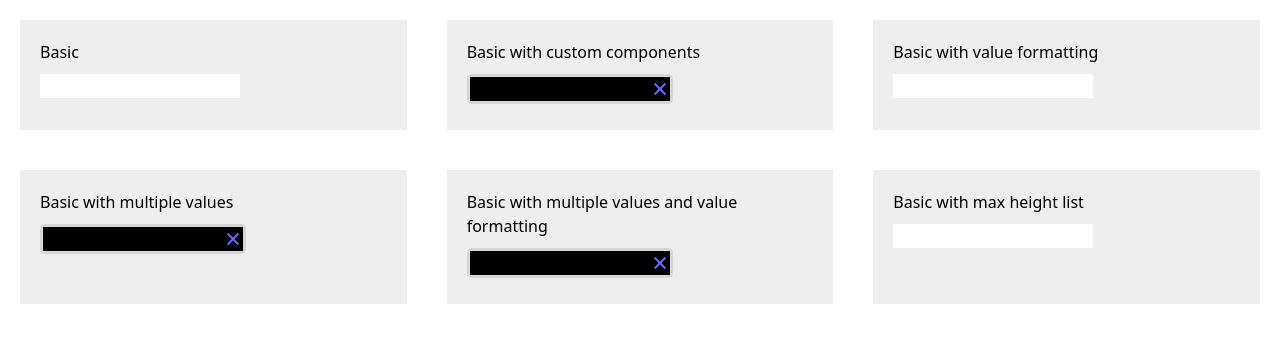
Repository: Frexity/frx-react
Page: / (app in ui/react-select/)
An editor plug-in stored every save of this project. The page is shown before and after a run of saves, followed by the edit.
The browser window is 1280 px wide. The pictures show the whole page.
Some web libraries are served in a nearby version. The project was rebuilt for these pictures with package versions that can differ from the ones it lists, and the page was loaded fresh each time. Also part of the build but not shown: ui/react-select/vite.config.ts, ui/react-select/src/CustomSelectComponents/ListLoadingIndicator.tsx, ui/react-select/src/dummy-components/ControlLoadingIndicator.tsx, ui/react-select/src/dummy-components/ListLoadingIndicator.tsx.

Above is the page before, as saved 2022-08-21 01:27:22.

### ui/react-select/index.html
<!DOCTYPE html>
<html lang="en">
  <head>
    <meta charset="UTF-8" />
    <link rel="icon" type="image/svg+xml" href="/vite.svg" />
    <meta name="viewport" content="width=device-width, initial-scale=1.0" />
    <title>React Select</title>
    <script src="https://cdn.tailwindcss.com/3.1.8"></script>
  </head>
  <body>
    <div id="root"></div>
    <script type="module" src="/src/main.tsx"></script>
  </body>
</html>

### ui/react-select/src/App.tsx
import './styles.css'

import { ClearIndicator } from './CustomSelectComponents/ClearIndicator'
import { Control } from './CustomSelectComponents/Control'
import { ListLoadingIndicator } from './CustomSelectComponents/ListLoadingIndicator'
import { Option } from './CustomSelectComponents/Option'
import { dummyComponents } from './dummy-components'
import { Select } from './Select'
import { ValueContainer } from './CustomSelectComponents/ValueContainer'
// import { AsyncSelect } from './Select/Async'

const options = [
  { label: 'Option 1', value: '1' },
  { label: 'Option 2', value: '2' },
  { label: 'Option 3', value: '3' },
  { label: 'Option 4', value: '4' },
  { label: 'Option 5', value: '5' },
  { label: 'Option 6', value: '6' },
  { label: 'Option 7', value: '7' },
  { label: 'Option 8', value: '8' },
  { label: 'Option 9', value: '9' },
  { label: 'Option 10', value: '10' },
]

const customComponents = {
  Option,
  Control,
  ClearIndicator,
  ListLoadingIndicator,
  ValueContainer,
}

export default function App() {
  return (
    <div className="cards">
      <div className="card">
        <h3>Basic</h3>
        <Select options={options} components={dummyComponents} />
      </div>
      <div className="card">
        <h3>Basic with custom components</h3>
        <Select options={options} components={customComponents} />
      </div>
      <div className="card">
        <h3>Basic with value formatting</h3>
        <Select
          options={options}
          components={dummyComponents}
          selectedValueFormatter={(value) => {
            return value ? `This is value: ${value}` : null
          }}
        />
      </div>
      <div className="card">
        <h3>Basic with multiple values</h3>
        <Select options={options} components={customComponents} canSelectMultipleValues />
      </div>
      <div className="card">
        <h3>Basic with multiple values and value formatting</h3>
        <Select
          options={options}
          components={customComponents}
          canSelectMultipleValues
          selectedValueFormatter={(value) => {
            return value ? `This is value: ${value}` : null
          }}
        />
      </div>
      {/* <div className="card">
        <h3>TODO: Basic with initial value</h3>
        <Select options={options} components={customComponents} canSelectMultipleValues />
      </div> */}
      <div className="card">
        <h3>Basic with max height list</h3>
        <Select
          options={options}
          components={dummyComponents}
          optionsListProps={{
            maxHeight: 150,
          }}
        />
      </div>
      {/* <div className="card">
        <h3>Async</h3>
        <AsyncSelect
          options={options}
          components={dummyComponents}
          asyncOptions={{
            url: 'https://jsonplaceholder.typicode.com/albums',
            startPage: 0,
            perPage: 4,
            queryAttribute: 'page',
            labelAttribute: 'title',
            valueAttribute: 'id',
            loadOnMount: true,
          }}
        />
      </div> */}
      {/* <div className="card">
        <h3>TODO: Async with initial value</h3>
        <AsyncSelect
          options={options}
          components={dummyComponents}
          asyncOptions={{
            url: 'https://jsonplaceholder.typicode.com/albums',
            startPage: 0,
            perPage: 4,
            queryAttribute: 'page',
            labelAttribute: 'title',
            valueAttribute: 'id',
            loadOnMount: true,
          }}
        />
      </div> */}
    </div>
  )
}

### ui/react-select/src/styles.css
.dropdown {
  position: fixed;
  border: 1px solid red;
  display: none;
  z-index: 1;
  background: white;
}

input:focus + .dropdown {
  display: block;
}

.card {
  margin: 20px;
  padding: 20px;
  background-color: #eee;
  overflow: hidden;
  overflow-y: scroll;
}

h3 {
  margin-bottom: 10px;
}

.cards {
  display: grid;
  grid-template-columns: repeat(auto-fill, minmax(400px, 1fr));
}

### ui/react-select/src/CustomSelectComponents/ClearIndicator.tsx
import { memo } from 'react'
import { ClearIndicatorComponentProps } from '../Select/types'

export const ClearIndicator = memo(({ clearIndicatorContainerStyles, onClick }: ClearIndicatorComponentProps) => {
  return (
    <div style={clearIndicatorContainerStyles} onClick={onClick}>
      <svg viewBox="0 0 460.775 460.775" style={{ width: 12, height: 12 }}>
        <path
          fill="#66f"
          d="M285.08,230.397L456.218,59.27c6.076-6.077,6.076-15.911,0-21.986L423.511,4.565c-2.913-2.911-6.866-4.55-10.992-4.55  c-4.127,0-8.08,1.639-10.993,4.55l-171.138,171.14L59.25,4.565c-2.913-2.911-6.866-4.55-10.993-4.55  c-4.126,0-8.08,1.639-10.992,4.55L4.558,37.284c-6.077,6.075-6.077,15.909,0,21.986l171.138,171.128L4.575,401.505  c-6.074,6.077-6.074,15.911,0,21.986l32.709,32.719c2.911,2.911,6.865,4.55,10.992,4.55c4.127,0,8.08-1.639,10.994-4.55  l171.117-171.12l171.118,171.12c2.913,2.911,6.866,4.55,10.993,4.55c4.128,0,8.081-1.639,10.992-4.55l32.709-32.719  c6.074-6.075,6.074-15.909,0-21.986L285.08,230.397z"
        />
      </svg>
    </div>
  )
})

### ui/react-select/src/CustomSelectComponents/Control.tsx
import { ControlComponentProps } from '../Select/types'

export const Control = ({ controlStyles, children }: ControlComponentProps) => {
  return (
    <div
      style={{
        ...controlStyles,
        borderRadius: 5,
        padding: 3,
        backgroundColor: '#d6d6d6',
      }}
    >
      {children}
    </div>
  )
}

### ui/react-select/src/CustomSelectComponents/Option.tsx
import { memo } from 'react'
import { OptionComponentProps } from '../Select/types'

export const Option = memo(({ isSelected, label, onSelect }: OptionComponentProps) => {


  return (
    <li className="text-gray-900 cursor-pointer py-2 pl-3 pr-9 hover:bg-sky-300" onClick={onSelect}>
      <div className="flex items-center">
        <img
          src="https://images.unsplash.com/photo-1491528323818-fdd1faba62cc?ixlib=rb-1.2.1&ixid=eyJhcHBfaWQiOjEyMDd9&auto=format&fit=facearea&facepad=2&w=256&h=256&q=80"
          alt=""
          className="flex-shrink-0 h-6 w-6 rounded-full"
        />
        <span className={`${isSelected ? 'font-bold text-blue-700' : 'font-normal'} ml-3 block truncate`}>{label}</span>
      </div>
    </li>
  )
})

### ui/react-select/src/dummy-components/index.ts
import { Control } from './Control'
import { ClearIndicator } from './ClearIndicator'
import { ControlLoadingIndicator } from './ControlLoadingIndicator'
import { ListLoadingIndicator } from './ListLoadingIndicator'
import { Option } from './Option'
import { ValueContainer } from './ValueContainer'

export const dummyComponents = {
  Control,
  ClearIndicator,
  ControlLoadingIndicator,
  ListLoadingIndicator,
  Option,
  ValueContainer,
}

### ui/react-select/src/Select/index.tsx
import { InnerSelect } from './common'
import { SelectProvider } from './Context'
import { OutsideClickHandler } from './OutsideClickHandler'
import { SelectProps } from './types'

export const Select = ({
  selectedValueFormatter,
  options,
  components,
  optionsListProps,
  canSelectMultipleValues,
}: Omit<SelectProps, 'asyncOptions' | 'AsyncHandler'>) => {
  // const [o, setO] = useState(options);

  // Test setting options from outside the context/component
  /*
  useEffect(() => {
    setTimeout(() => {
      setO([{ label: "New", value: "x" }]);
    }, 2000);
  }, []);
  console.log({ o });
  */

  return (
    <SelectProvider value={{ options }}>
      <OutsideClickHandler>
        <InnerSelect
          selectedValueFormatter={selectedValueFormatter}
          components={components}
          optionsListProps={optionsListProps}
          canSelectMultipleValues={canSelectMultipleValues}
        />
      </OutsideClickHandler>
    </SelectProvider>
  )
}

### ui/react-select/src/CustomSelectComponents/ValueContainer.tsx
import { memo } from 'react'
import { ValueContainerComponentProps } from '../Select/types'

export const ValueContainer = memo(({ children }: ValueContainerComponentProps) => {
  return <div style={{ width: 200, backgroundColor: '#000', minHeight: 24, padding: '5px 10px' }}>{children}</div>
})

### ui/react-select/src/dummy-components/Control.tsx
import { ControlComponentProps } from '../Select/types'

export const Control = ({ controlStyles, children }: ControlComponentProps) => {
  return <div style={controlStyles}>{children}</div>
}

### ui/react-select/src/dummy-components/ClearIndicator.tsx
import { memo } from 'react'
import { ClearIndicatorComponentProps } from '../Select/types'

export const ClearIndicator = memo(
  ({ clearIndicatorContainerStyles, onClick, selectedValues }: ClearIndicatorComponentProps) => {
    return (
      <div
        style={{ ...clearIndicatorContainerStyles, ...{ display: selectedValues ? 'initial' : 'none' } }}
        onClick={onClick}
      >
        X
      </div>
    )
  },
)

### ui/react-select/src/dummy-components/Option.tsx
import { memo } from 'react'
import { OptionComponentProps } from '../Select/types'

export const Option = memo(({ isSelected, label, onSelect }: OptionComponentProps) => {
  return (
    <div style={{ fontWeight: isSelected ? 'bold' : 'normal' }} onClick={onSelect}>
      {label}
    </div>
  )
})

### ui/react-select/src/dummy-components/ValueContainer.tsx
import { memo } from 'react'
import { ValueContainerComponentProps } from '../Select/types'

export const ValueContainer = memo(({ children }: ValueContainerComponentProps) => {
  return <div style={{ width: 200, backgroundColor: '#fff', minHeight: 24 }}>{children}</div>
})

### ui/react-select/src/Select/common.tsx
import { useContext } from 'react'
import { ClearIndicator } from './ClearIndicator'
import { SelectContext } from './Context'
import { Options } from './Options'
import { OptionsDropdown } from './OptionsDropdown'
import { OptionsList } from './OptionsList'
import { selectStyles } from './styles'
import { SelectProps } from './types'
import { ValueContainer } from './ValueContainer'

export const InnerSelect = ({
  selectedValueFormatter,
  components,
  optionsListProps,
  asyncOptions,
  AsyncHandler,
  canSelectMultipleValues,
}: Omit<SelectProps, 'options'>) => {
  const { state } = useContext<any>(SelectContext)

  return (
    <>
      <components.Control controlStyles={selectStyles.control}>
        <ValueContainer
          selectedValueFormatter={selectedValueFormatter}
          ValueContainerComponent={components.ValueContainer}
        />
        {components.ClearIndicator && <ClearIndicator ClearIndicatorComponent={components.ClearIndicator} />}
        {components.ControlLoadingIndicator && <components.ControlLoadingIndicator isVisible={state.isLoading} />}
      </components.Control>
      <OptionsDropdown>
        {components.ListLoadingIndicator && (
          <components.ListLoadingIndicator isVisible={state.isOpen && state.isLoading} />
        )}
        <OptionsList optionsListProps={optionsListProps} isAsync={!!asyncOptions}>
          <Options OptionComponent={components.Option} canSelectMultipleValues={canSelectMultipleValues} />
        </OptionsList>
      </OptionsDropdown>
      {AsyncHandler && <AsyncHandler asyncOptions={asyncOptions} />}
    </>
  )
}

### ui/react-select/src/Select/Context.tsx
import React, { useReducer, createContext, useId, useEffect, PropsWithChildren } from 'react'

function reducer(state: any, action: any) {
  return { ...state, ...action }
}

const SelectContext = createContext({}) as any

const SelectProvider = ({ children, value }: PropsWithChildren<{ value: any }>) => {
  const inputElementId = useId()
  const listElementId = useId()
  const dropdownElementId = useId()

  const initialState = {
    isOpen: false,
    hasReachedBottom: false,
    isLoading: false,
    inputElementId,
    dropdownElementId,
    listElementId,
    options: value.options,
    selectedValues: null,
  }
  const [state, dispatch] = useReducer(reducer, initialState)
  const store = React.useMemo(() => ({ state, dispatch }), [state])

  /*
  TODO:
  - Get scroll ref, to scrollToTop when it opens
  */

  // Update options when they come from the outside
  useEffect(() => {
    dispatch({ options: value.options })
  }, [value.options])

  return <SelectContext.Provider value={store}>{children}</SelectContext.Provider>
}

export { SelectContext, SelectProvider }

### ui/react-select/src/Select/OutsideClickHandler.tsx
import { memo, ReactNode, useContext, useEffect, useRef } from 'react'
import { SelectContext } from './Context'

interface OutsideClickHandlerProps {
  children: ReactNode
}

const useOutsideClick = (callback: any) => {
  const ref = useRef<any>()

  useEffect(() => {
    const handleClick = (event: MouseEvent) => {
      if (ref.current && !ref.current.contains(event.target)) {
        callback()
      }
    }

    document.addEventListener('mousedown', handleClick, true)

    return () => {
      document.removeEventListener('mousedown', handleClick, true)
    }
  }, [ref, callback])

  return ref
}

export const OutsideClickHandler = memo(({ children }: OutsideClickHandlerProps) => {
  const { dispatch } = useContext<any>(SelectContext)

  const ref = useOutsideClick(() => {
    dispatch({ isOpen: false })
  })

  return <span ref={ref}>{children}</span>
})

### ui/react-select/src/Select/ClearIndicator.tsx
import { ComponentType, useCallback, useContext } from 'react'
import { SelectContext } from './Context'

import { selectStyles } from './styles'
import { ClearIndicatorComponentProps } from './types'

interface ClearIndicatorProps {
  ClearIndicatorComponent: ComponentType<ClearIndicatorComponentProps>
}

export const ClearIndicator = ({ ClearIndicatorComponent }: ClearIndicatorProps) => {
  const { state, dispatch } = useContext<any>(SelectContext)

  const handleClick = useCallback(() => {
    dispatch({ selectedValues: null })
  }, [dispatch])

  return (
    <ClearIndicatorComponent
      onClick={handleClick}
      selectedValues={state.selectedValues}
      clearIndicatorContainerStyles={selectStyles.clearIndicator}
    />
  )
}

### ui/react-select/src/Select/Options.tsx
import { memo, useCallback, useContext } from 'react'
import { SelectContext } from './Context'
import { OptionType, SelectComponents } from './types'
import { toggleValue } from './utils'

interface InnerOptionsProps {
  OptionComponent: any
  onSelect: any
  options: any
  selectedValues: any
}

const InnerOptions = memo(({ selectedValues, options, onSelect, OptionComponent }: InnerOptionsProps) => {
  return (
    <>
      {options.map((option: OptionType) => {
        const isSelected = Array.isArray(selectedValues)
          ? selectedValues.includes(option.value)
          : selectedValues === option.value

        return (
          <OptionComponent
            key={option.value}
            label={option.label}
            value={option.value}
            isSelected={isSelected}
            onSelect={() => {
              onSelect(option.value)
            }}
          />
        )
      })}
    </>
  )
})

interface OptionsProps {
  OptionComponent: SelectComponents['Option']
  canSelectMultipleValues: boolean | undefined
}

export const Options = ({ OptionComponent, canSelectMultipleValues }: OptionsProps) => {
  const { state, dispatch } = useContext<any>(SelectContext)

  const onSelect = useCallback(
    (value: string) => {
      if (canSelectMultipleValues) {
        const newValues = toggleValue({ value, selectedValues: state.selectedValues })
        dispatch({ selectedValues: newValues, isOpen: false })
        return
      }
      dispatch({ selectedValues: value, isOpen: false })
    },
    [dispatch, state.selectedValues, canSelectMultipleValues],
  )

  return (
    <InnerOptions
      options={state.options}
      OptionComponent={OptionComponent}
      selectedValues={state.selectedValues}
      onSelect={onSelect}
    />
  )
}

### ui/react-select/src/Select/OptionsDropdown.tsx
import { SelectContext } from './Context'
import { ReactNode, useContext, useEffect } from 'react'

import { getScrollParent, normalizedHeight, setMenuPosition } from './utils'

interface OptionsDropdownProps {
  children: ReactNode
}

export const OptionsDropdown = ({ children }: OptionsDropdownProps) => {
  const { state } = useContext<any>(SelectContext)

  // TODO: Reposition on window resize
  useEffect(() => {
    // TODO: Get unique ID instead
    const dropdown = document.getElementById(state.dropdownElementId)
    if (!dropdown) {
      return
    }

    const input = document.getElementById(state.inputElementId)
    if (!input) {
      return
    }
    if (!state.isOpen) {
      dropdown.style.display = 'none'
      return
    }

    const parent = getScrollParent(input)

    const style = getComputedStyle(input)

    const borderTopWidth = parseInt(style.borderTopWidth, 10) || 0
    const borderLeftWidth = parseInt(style.borderLeftWidth, 10) || 0
    const borderBottomWidth = parseInt(style.borderBottomWidth, 10) || 0
    const inputHeight = normalizedHeight(input) + borderTopWidth + borderBottomWidth

    setMenuPosition(dropdown, input, inputHeight, borderLeftWidth)

    function scrollEventHandler(this: HTMLElement) {
      if (!dropdown) {
        return
      }
      setMenuPosition(dropdown, this, inputHeight, borderLeftWidth)
    }

    parent.addEventListener('scroll', scrollEventHandler.bind(input))

    dropdown.style.display = 'initial'
  }, [state.isOpen, state.inputElementId, state.dropdownElementId])

  return (
    <div className="dropdown" id={state.dropdownElementId}>
      {children}
    </div>
  )
}

### ui/react-select/src/Select/OptionsList.tsx
import { SelectContext } from './Context'
import { useContext, memo, useCallback, useEffect, PropsWithChildren } from 'react'
import { scrollIsAtBottom } from './utils'
import { SelectProps } from './types'

interface InnerOptionsListProps {
  isAsync: boolean
  optionsListProps: SelectProps['optionsListProps']
  onReachedBottom: (() => void) | undefined
  listElementId: string
}

const InnerOptionsList = memo(
  ({
    children,
    isAsync,
    optionsListProps,
    onReachedBottom,
    listElementId,
  }: PropsWithChildren<InnerOptionsListProps>) => {
    useEffect(() => {
      if (!isAsync) {
        return
      }
      const element = document.getElementById(listElementId)
      if (!element) {
        return
      }

      function checkIfAtBottom() {
        if (element && scrollIsAtBottom(element)) {
          onReachedBottom && onReachedBottom()
        }
      }
      element.addEventListener('scroll', checkIfAtBottom)

      return () => {
        element.removeEventListener('scroll', checkIfAtBottom)
      }
    }, [onReachedBottom, listElementId, isAsync])

    return (
      <div
        id={listElementId}
        style={{
          maxHeight: optionsListProps?.maxHeight || 'unset',
          overflowY: optionsListProps?.maxHeight ? 'scroll' : 'unset',
        }}
      >
        <ul>{children}</ul>
      </div>
    )
  },
)

interface OptionsListProps {
  isAsync: boolean
  optionsListProps: any
}

export const OptionsList = ({ children, optionsListProps, isAsync }: PropsWithChildren<OptionsListProps>) => {
  const { state, dispatch } = useContext<any>(SelectContext)

  const onReachedBottom = useCallback(() => {
    if (state.hasReachedBottom) {
      return
    }
    dispatch({ hasReachedBottom: true })
  }, [dispatch, state.hasReachedBottom])

  return (
    <InnerOptionsList
      isAsync={isAsync}
      optionsListProps={optionsListProps}
      onReachedBottom={isAsync ? onReachedBottom : undefined}
      listElementId={state.listElementId}
    >
      {children}
    </InnerOptionsList>
  )
}

### ui/react-select/src/Select/styles.ts
export const selectStyles = {
  clearIndicator: {
    position: 'absolute' as const,
    top: 0,
    right: 0,
    bottom: 0,
    display: 'flex',
    padding: '0 7px',
    justifyContent: 'center',
    alignItems: 'center',
    cursor: 'pointer',
  },
  control: {
    position: 'relative' as const,
    display: 'inline-block',
  },
}

### ui/react-select/src/Select/ValueContainer.tsx
import { memo, useCallback, useContext } from 'react'
import { SelectContext } from './Context'
import { SelectComponents, SelectProps } from './types'

interface ValueContainerProps {
  selectedValueFormatter: SelectProps['selectedValueFormatter']
  ValueContainerComponent: SelectComponents['ValueContainer']
}

export const ValueContainer = memo(({ selectedValueFormatter, ValueContainerComponent }: ValueContainerProps) => {
  const { state, dispatch } = useContext<any>(SelectContext)

  const onFocus = useCallback(() => {
    dispatch({ isOpen: true })
  }, [dispatch])

  const formattedValue = selectedValueFormatter
    ? Array.isArray(state.selectedValues)
      ? state.selectedValues.map(selectedValueFormatter)
      : selectedValueFormatter(state.selectedValues)
    : state.selectedValues

  return (
    <div id={state.inputElementId} onClick={onFocus}>
      <ValueContainerComponent>{formattedValue}</ValueContainerComponent>
    </div>
  )
})

### ui/react-select/src/Select/utils.ts
export function getScrollParent(element: HTMLElement) {
  let style = window.getComputedStyle(element)
  const excludeStaticParent = style.position === 'absolute'
  const overflowRegex = /(auto|scroll)/
  const documentElement = document.documentElement

  if (style.position === 'fixed') {
    return documentElement
  }

  // eslint-disable-next-line @typescript-eslint/ban-ts-comment
  // @ts-ignore
  for (let parent = element; (parent = parent.parentElement); ) {
    style = window.getComputedStyle(parent)
    if (excludeStaticParent && style.position === 'static') {
      continue
    }
    if (overflowRegex.test(style.overflow + style.overflowY + style.overflowX)) {
      return parent
    }
  }

  return documentElement
}

export function getScrollTop(el: HTMLElement) {
  if (isDocumentElement(el)) {
    return window.scrollY
  }
  return el.scrollTop
}

export function normalizedHeight(el: HTMLElement) {
  if (isDocumentElement(el)) {
    return window.innerHeight
  }

  return el.clientHeight
}

export function isDocumentElement(el: HTMLElement) {
  return [document.documentElement, document.body, window].indexOf(el) > -1
}

// https://github.com/JedWatson/react-select/blob/b0411ff46bc1ecf45d9bca4fb58fbce1e57f847c/packages/react-select/src/internal/useScrollCapture.js

export function setMenuPosition(dropdown: HTMLElement, element: HTMLElement, inputHeight: number, leftOffset: number) {
  // Done with JS instead of React, otherwise it will lag behind
  const offset = element.getBoundingClientRect()
  const top = offset.top
  const left = offset.left
  dropdown.style.top = `${top + inputHeight}px`
  dropdown.style.left = `${left + leftOffset}px`
}

export function scrollIsAtBottom(node: HTMLElement) {
  return node.scrollTop + node.offsetHeight === node.scrollHeight
}

export function sleep(ms: number) {
  return new Promise((resolve) => setTimeout(resolve, ms))
}

export function toggleValue({ value, selectedValues }: { value: string; selectedValues: string[] | null }) {
  const wrappedSelectedValues = selectedValues ? [...selectedValues] : []
  if (wrappedSelectedValues.includes(value)) {
    const newValues = wrappedSelectedValues.filter((v) => v !== value)
    return newValues.length === 0 ? null : newValues
  }
  return [...wrappedSelectedValues, value]
}

Loaded but not shown: ui/react-select/src/main.tsx (common file)

After the next 2 saves:
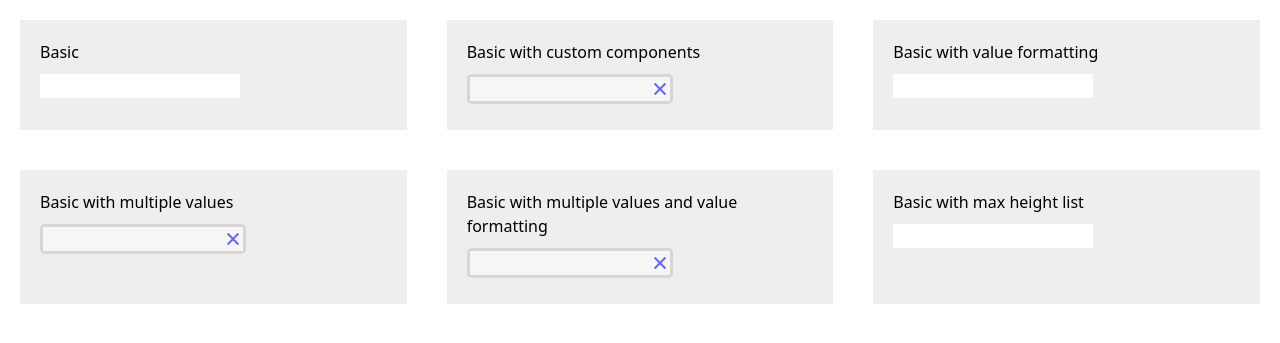
The 2 saves are shown as one change because they came seconds apart.
The last was saved 8 s later.
--- a/ui/react-select/src/CustomSelectComponents/ValueContainer.tsx
+++ b/ui/react-select/src/CustomSelectComponents/ValueContainer.tsx
@@ -2,5 +2,5 @@ import { memo } from 'react'
 import { ValueContainerComponentProps } from '../Select/types'
 
 export const ValueContainer = memo(({ children }: ValueContainerComponentProps) => {
-  return <div style={{ width: 200, backgroundColor: '#000', minHeight: 24, padding: '5px 10px' }}>{children}</div>
+  return <div style={{ width: 200, backgroundColor: '#f6f6f6', minHeight: 24, padding: '5px 10px' }}>{children}</div>
 })
